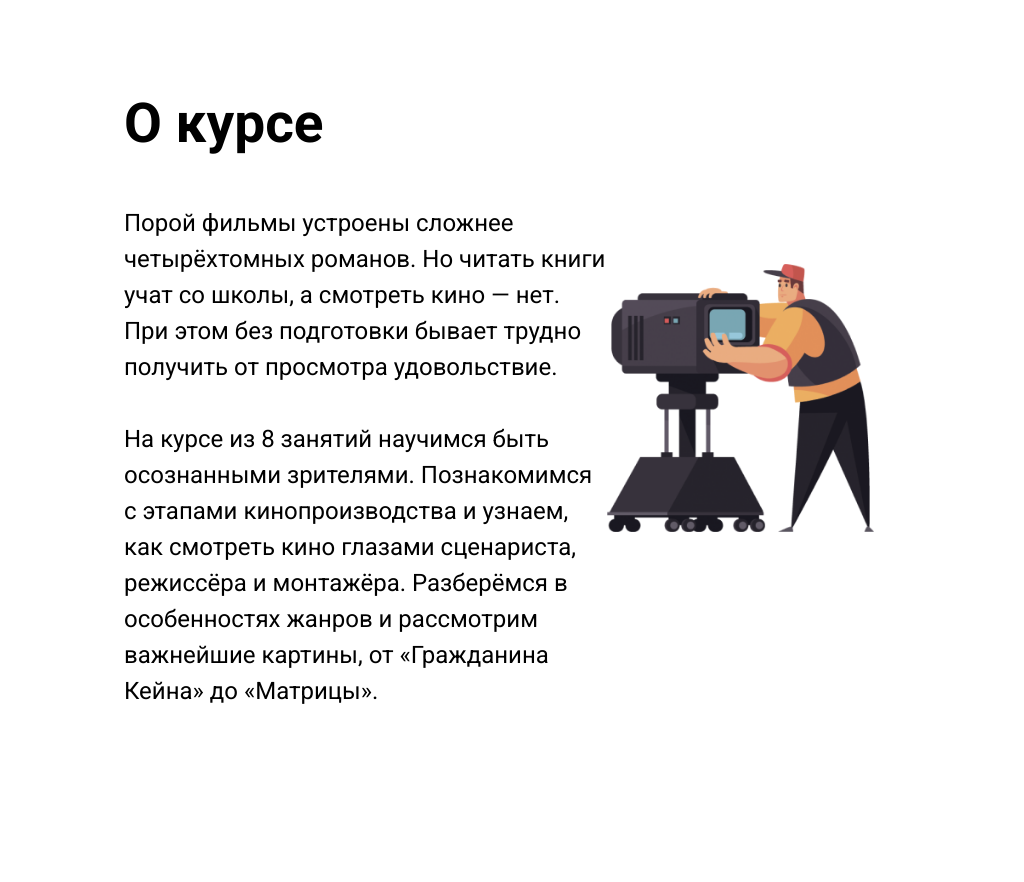
Repository: AytacSafarova/task-figma--1
Page: index.html
The author's editor kept a copy of each file at every save. The page is drawn from the files as they stood at one save, then again after a run of saves.
The browser window is 1024 px wide. The pictures show the whole page.

Above is the page before, as saved 2023-04-29 20:19:49.

### index.html
<!DOCTYPE html>
<html lang="en">
<head>
  <meta charset="UTF-8" />
  <meta http-equiv="X-UA-Compatible" content="IE=edge" />
  <meta name="viewport" content="width=device-width, initial-scale=1.0" />
  <title>Document</title>
  <link rel="stylesheet" href="/index.css" />
</head>

<body>
  <div class="container">
    <div class="row up">
      <div class="col left">
        <h1>О курсе</h1>
          <p>
            Порой фильмы устроены сложнее четырёхтомных романов. Но читать
            книги учат со школы, а смотреть кино — нет. При этом без
            подготовки бывает трудно получить от просмотра удовольствие.
          </p>
          <br><br>
          <p>
            На курсе из 8 занятий научимся быть осознанными зрителями.
            Познакомимся с этапами кинопроизводства и узнаем, как смотреть
            кино глазами сценариста, режиссёра и монтажёра. Разберёмся в
            особенностях жанров и рассмотрим важнейшие картины, от
            «Гражданина Кейна» до «Матрицы».
          </p>
      </div>
      <div class="col right">
        <img src="/images/_1 1.png" alt="" />
      </div>
    </div>

    <!-- <div class="down">
      <div class="image">
        <img src="/images/photo 1.png" alt="" />
      </div>

      <ul class="list">
        <li>
          <h5>8 занятий</h5>
          <p>Для погружения в кинематограф</p>
        </li>

        <li>
          <h5>8 занятий</h5>
          <p>Для погружения в кинематограф</p>
        </li>

        <li>
          <h5>8 занятий</h5>
          <p>Для погружения в кинематограф</p>
        </li>
      </ul>
    </div> -->
  </div>
</body>

</html>

### index.css
@import url("https://fonts.googleapis.com/css2?family=Roboto+Slab:wght@700&family=Roboto:wght@400;500;700&display=swap");
* {
  margin: 0;
  padding: 0;
}
.container {
  padding: 91px 150px 173px 124px;
}

.row {
  display: flex;
  justify-content: space-between;
  align-items: center;
}

.left {
  width: 662px;
}
h1 {
  font-size: 55px;
  font-family: "Roboto", sans-serif;
  font-weight: 700;
  margin-bottom: 50px;
}
.left p {
  font-family: "Roboto";
  font-style: normal;
  font-weight: 400;
  font-size: 24px;
  line-height: 150%;
}

.right {
  width: 366px;
}
.right img {
  width: 100%;
}

.down {
  display: flex;
  align-items: center;
  justify-content: space-between;
  margin-top: 94px;
}

.image {
  width: 232px;
}

.image img {
  width: 100%;
}

.list {
  display: flex;
  padding-right: 314px;
}

li {
  width: 150px;
  margin-left: 95px;
}

@media screen and (max-width: 1024px) {
  /* tablet media  */
  .container {
    padding: 91px 150px 173px 124px;
  }

}
@media screen and (max-width: 768px) {
  /* mobile media  */
}

After the next 8 saves:
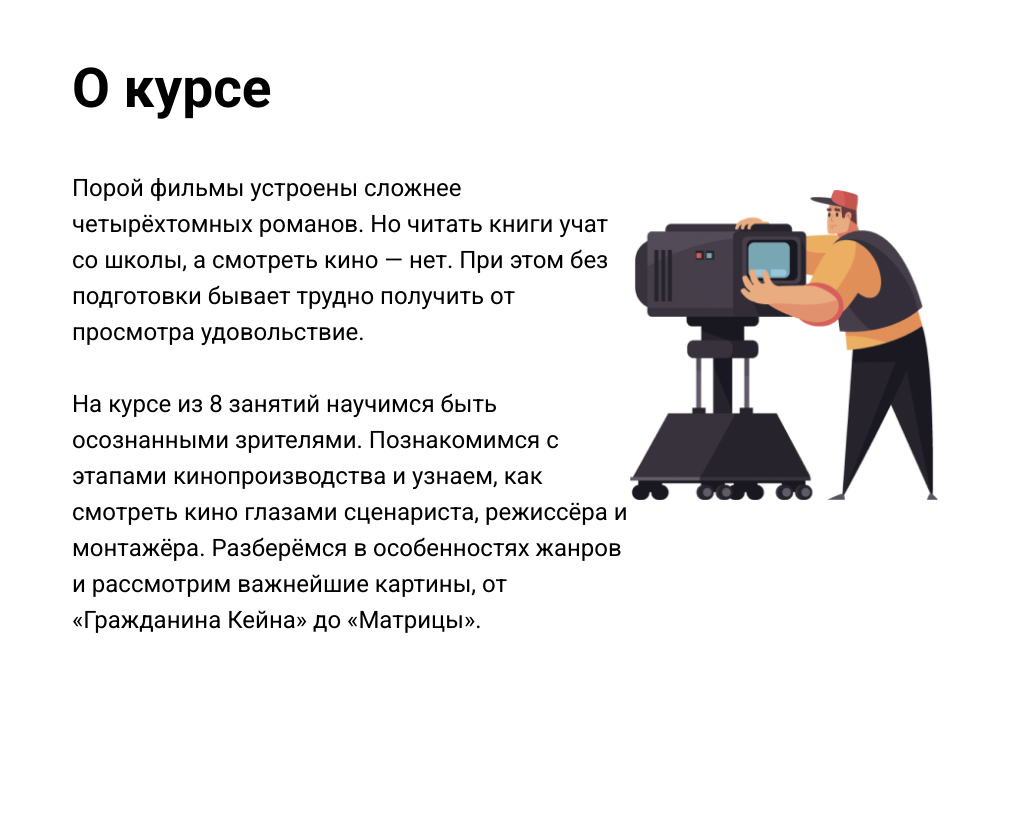
The 8 saves are shown as one change because they came seconds apart.
The last was saved 35 s later.
--- a/index.css
+++ b/index.css
@@ -65,7 +65,7 @@ li {
 @media screen and (max-width: 1024px) {
   /* tablet media  */
   .container {
-    padding: 91px 150px 173px 124px;
+    padding: 56px 86px 180px 72px;
   }
 
 }
